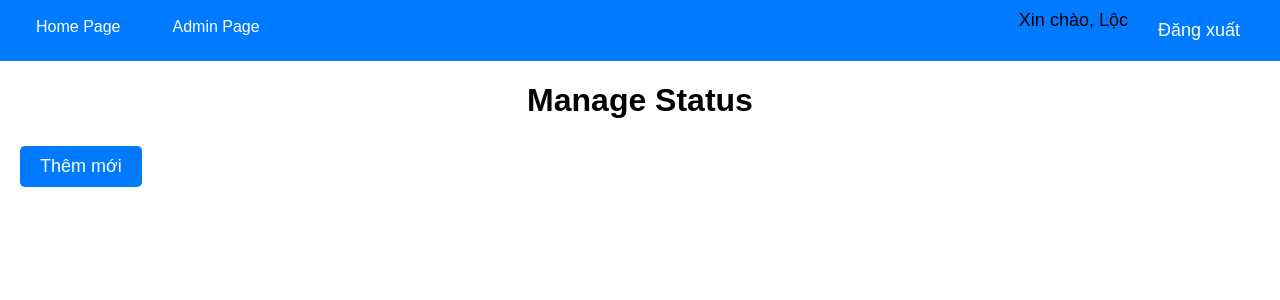
Repository: Loc2804/LTM
Page: http://localhost/RestaurantProject/ManageStatus.jsp
These files come from the project's save history. The page is drawn as it stood at one moment and after the next save; the edit follows.
The browser window is 1280 px wide. The pictures show the whole page.
The page is served by Tomcat 10.

Above is the page before, as saved 2024-12-07 18:04:14.

After the next save:
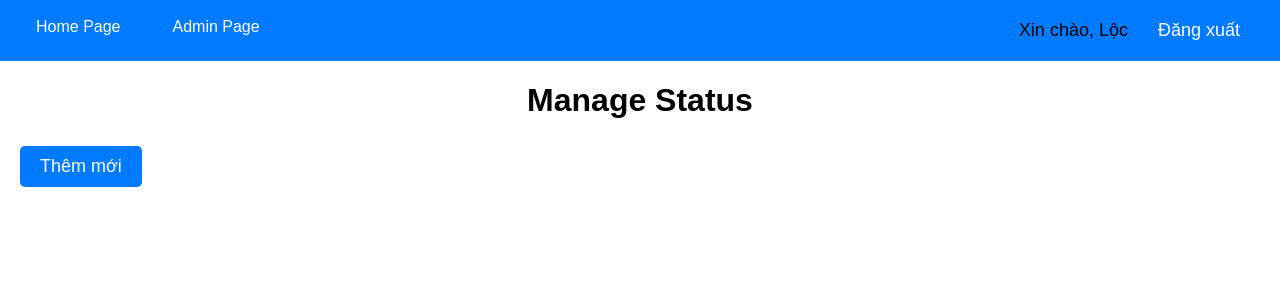
Saved 8 s later.
--- a/RestaurantProject/src/main/webapp/ManageStatus.jsp
+++ b/RestaurantProject/src/main/webapp/ManageStatus.jsp
@@ -78,6 +78,7 @@
     	gap:10px;
     }
     .welcome-user span{
+    	margin-top:10px;
     	font-size: 18px;
     	color: black;
     }
